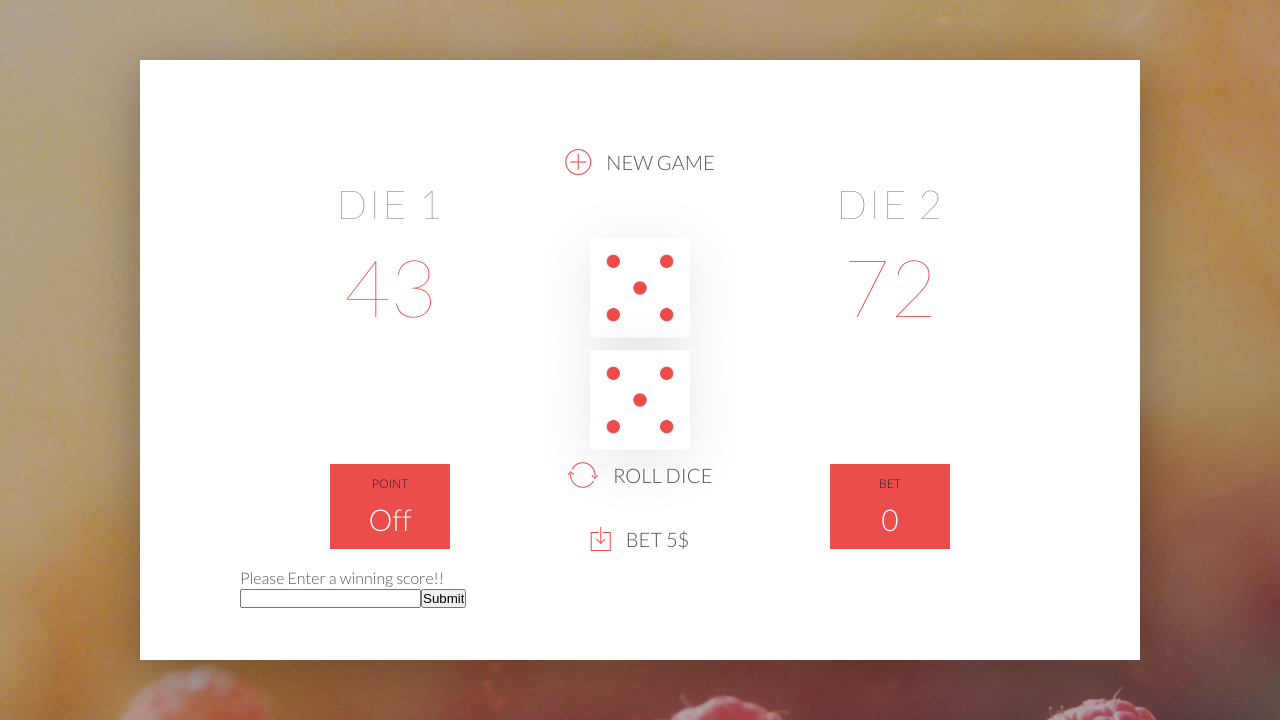
Repository: rmcc0724/html_challenge
Page: Craps/index.html
The author's editor kept a record of every edit. The page is drawn from the files as they stood at one moment, then again after the next edit.
The browser window is 1280 px wide. The pictures show the whole page.

Above is the page before.

### Craps/index.html
<!DOCTYPE html>
<html lang="en">

<head>
    <meta charset="UTF-8">
    <link href="https://fonts.googleapis.com/css?family=Lato:100,300,600" rel="stylesheet" type="text/css">
    <link href="https://code.ionicframework.com/ionicons/2.0.1/css/ionicons.min.css" rel="stylesheet" type="text/css">
    <link type="text/css" rel="stylesheet" href="style.css">

    <title>Pig Game</title>
</head>

<body>
    <div class="wrapper clearfix">

        <div class="player-0-panel">

            <div class="player-name" id="name-0">Die 1</div>
            <div class="player-score" id="score-0">43</div>
            <div class="player-current-box">
                <div class="player-current-label">Point</div>
                <div class="player-current-score" id="current-0">Off</div>
            </div><br>
            <div>Please Enter a winning score!!<input type="text" id="win-value"><input type="Submit" onClick='setWinValue();'><p id="displayWinValue"></p></div>
        </div>

        <div class="player-1-panel">
            <div class="player-name" id="name-1">Die 2</div>
            <div class="player-score" id="score-1">72</div>
            <div class="player-current-box">
                <div class="player-current-label">Bet</div>
                <div class="player-current-score" id="current-1">0</div>

            </div>

                    </div>
                      <div>
        <button class="btn-new"><i class="ion-ios-plus-outline"></i>New game</button>
        <button class="btn-roll"><i class="ion-ios-loop"></i>Roll dice</button>
<button class="btn-bet"><i class="ion-ios-download-outline"></i>Bet 5$</button>

        <img src="dice-5.png" alt="Dice" class="dice1">
        <img src="dice-5.png" alt="Dice" class="dice2">

    </div>
    </div>

    <script src="app.js"></script>
</body>

</html>

### Craps/style.css
/**********************************************
*** GENERAL
**********************************************/

* {
    margin: 0;
    padding: 0;
    box-sizing: border-box;

}

.clearfix::after {
    content: "";
    display: table;
    clear: both;
}

body {
    background-image: linear-gradient(rgba(62, 20, 20, 0.4), rgba(62, 20, 20, 0.4)), url(back.jpg);
    background-size: cover;
    background-position: center;
    font-family: Lato;
    font-weight: 300;
    position: relative;
    height: 100vh;
    color: #555;
}

.wrapper {
    width: 1000px;
    position: absolute;
    top: 50%;
    left: 50%;
    transform: translate(-50%, -50%);
    background-color: #fff;
    box-shadow: 0px 10px 50px rgba(0, 0, 0, 0.3);
    overflow: hidden;
}

.player-0-panel,
.player-1-panel {
    width: 50%;
    float: left;
    height: 600px;
    padding: 100px;
}



/**********************************************
*** PLAYERS
**********************************************/

.player-name {
    font-size: 40px;
    text-align: center;
    text-transform: uppercase;
    letter-spacing: 2px;
    font-weight: 100;
    margin-top: 20px;
    margin-bottom: 10px;
    position: relative;
}

.player-score {
    text-align: center;
    font-size: 80px;
    font-weight: 100;
    color: #EB4D4D;
    margin-bottom: 130px;
}

.active { background-color: #f7f7f7; }
.active .player-name { font-weight: 300; }

.active .player-name::after {
    content: "\2022";
    font-size: 47px;
    position: absolute;
    color: #EB4D4D;
    top: -7px;
    right: 10px;

}

.player-current-box {
    background-color: #EB4D4D;
    color: #fff;
    width: 40%;
    margin: 0 auto;
    padding: 12px;
    text-align: center;
}

.player-current-label {
    text-transform: uppercase;
    margin-bottom: 10px;
    font-size: 12px;
    color: #222;
}

.player-current-score {
    font-size: 30px;
}

button {
    position: absolute;
    width: 200px;
    left: 50%;
    transform: translateX(-50%);
    color: #555;
    background: none;
    border: none;
    font-family: Lato;
    font-size: 20px;
    text-transform: uppercase;
    cursor: pointer;
    font-weight: 300;
    transition: background-color 0.3s, color 0.3s;
}

button:hover { font-weight: 600; }
button:hover i { margin-right: 20px; }

button:focus {
    outline: none;
}

i {
    color: #EB4D4D;
    display: inline-block;
    margin-right: 15px;
    font-size: 32px;
    line-height: 1;
    vertical-align: text-top;
    margin-top: -4px;
    transition: margin 0.3s;
}

.btn-new {top: 90px;}
.btn-roll { top: 403px;}
.btn-bet { top: 467px;}

.dice1 {
    position: absolute;
    left: 50%;
    top: 178px;
    transform: translateX(-50%);
    height: 100px;
    box-shadow: 0px 10px 60px rgba(0, 0, 0, 0.10);
}

.dice2 {
    position: absolute;
    left: 50%;
    top: 290px;
    transform: translateX(-50%);
    height: 100px;
    box-shadow: 0px 10px 60px rgba(0, 0, 0, 0.10);
}

.winner { background-color: #f7f7f7; }
.winner .player-name { font-weight: 300; color: #EB4D4D; }

### Craps/app.js
var bankController = (function() {
    var data = {
        dice: {
            die1: 0,
            die2: 0,
        },
        bet: 0,
        bank: 100,
        point: "Off"
    };
    return {
        placeBet: function(bet) {
            if (data.bank > 0 && bet <= data.bank) {
                data.bet = bet;
                data.bank -= data.bet;
                console.log(data.bank);
            }
            else {
                console.log("You don't have enough money!");
            }
        },
        rollDice: function() {
            if (data.bet > 0) {
                data.dice.die1 = Math.floor(Math.random() * 6) + 1;
                data.dice.die2 = Math.floor(Math.random() * 6) + 1;
                console.log(data.dice.die1);
                console.log(data.dice.die2);
            }
            else {
                console.log("You need to place a bet first");
            }
        },
        resetDice: function() {
            data.dice.die1 = 0, data.dice.die2 = 0;

        },
        checkWinner: function() {
            //Check to see if a bet was placed and if yes roll the dice if not alert the user to place a bet first
            this.getBet() > 0 ? this.rollDice() : console.log("You must first place a bet!!");
            if (this.getBet() > 0) {
                if (this.getPoint() === "Off") {
                    this.getDiceTotal() === 2 || this.getDiceTotal() === 3 || this.getDiceTotal() === 12 ? this.playerLoses() :
                        this.getDiceTotal() === 7 || this.getDiceTotal() === 11 ? this.playerWins() : this.setPoint(this.getDiceTotal());
                }
                else {
                    this.getDiceTotal() === 7 ? this.playerLoses() : this.getDiceTotal() === this.getPoint() ? this.playerWins() : (console.log("Roll Again but dont crap out. Try to hit " + this.getPoint()));
                }
            }
            console.log("The dice total was " + this.getDiceTotal());
            console.log("The point is " + this.getPoint());
                    this.resetDice();
            console.log("Now the dice total is " + this.getDiceTotal());

        },
        playerWins: function() {
            data.point = "Off";
            data.bank += data.bet * 2;
            console.log("Player Wins and has the amount of " + data.bank + " left.");
            console.log(data.bank);
            data.bet = 0;
        },
        playerLoses: function() {
            data.point = "Off";
            console.log("Player Loses and has the amount of " + data.bank + " left.");
            data.bet = 0;
        },
        getBank: function() {
            return data.bank;
        },
        getPoint: function() {
            return data.point;
        },
        getBet: function() {
            return data.bet;
        },
        getDiceTotal: function() {
            return data.dice.die1 + data.dice.die2;
        },
        setPoint: function(point) {
            data.point = point;
        },
        resetGame: function() {
            data = {
        dice: {
            die1: 0,
            die2: 0,
        },
        bet: 0,
        bank: 100,
        point: "Off"
    };
        }
    };
})();

var controller = (function(bankCtrl) {

    return {
        init: function() {
            console.log('Application has started.');
        }
    };

})(bankController);

controller.init();

After the next edit:
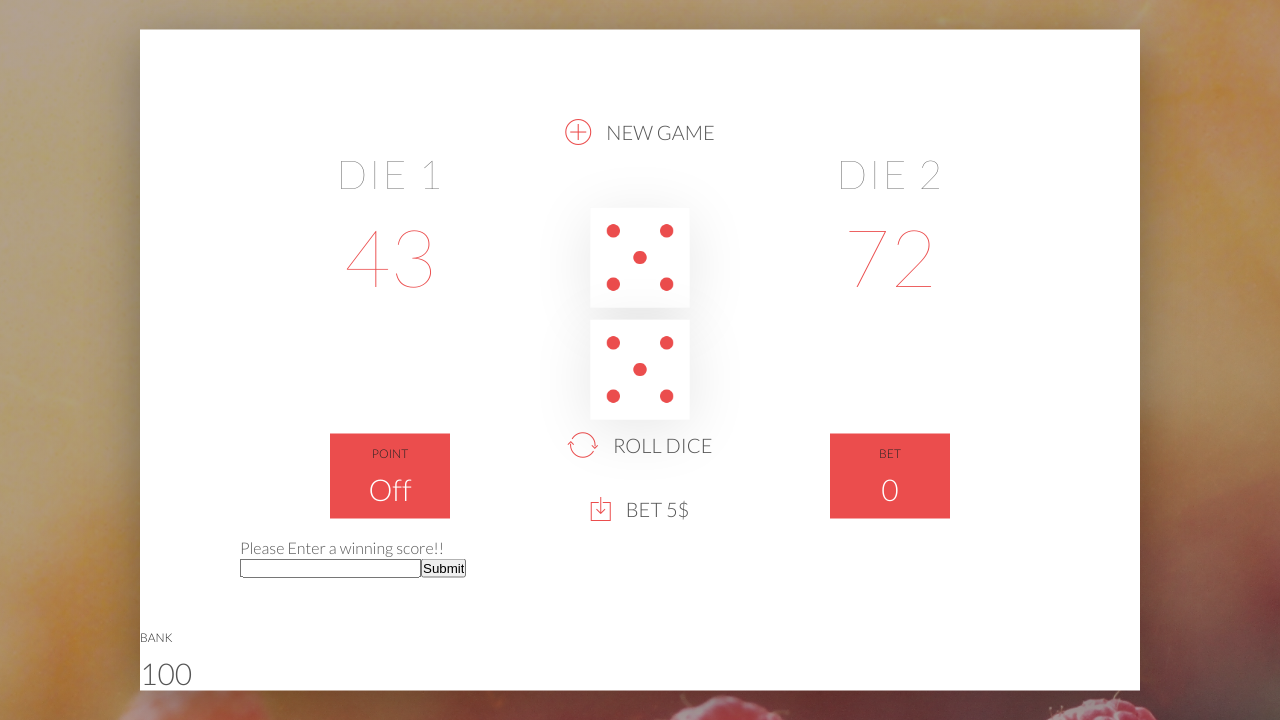
The edit:
--- a/Craps/index.html
+++ b/Craps/index.html
@@ -38,7 +38,10 @@
         <button class="btn-new"><i class="ion-ios-plus-outline"></i>New game</button>
         <button class="btn-roll"><i class="ion-ios-loop"></i>Roll dice</button>
 <button class="btn-bet"><i class="ion-ios-download-outline"></i>Bet 5$</button>
-
+<div class="bank">
+                <div class="player-current-label">Bank</div>
+                <div class="player-current-score" id="current-0">100</div>
+            </div>
         <img src="dice-5.png" alt="Dice" class="dice1">
         <img src="dice-5.png" alt="Dice" class="dice2">
 
